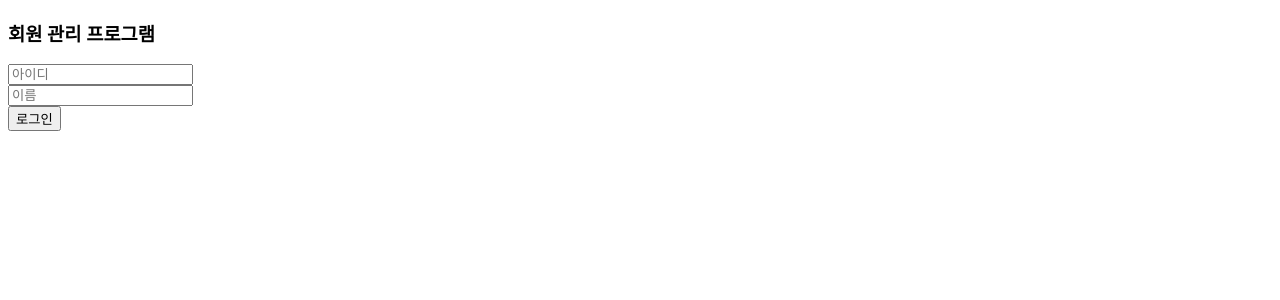
Repository: yangchunsick/JSPstudy
Page: http://localhost/ServerProgram/views/login.jsp
The author's editor kept a copy of each file at every save. The page is drawn from the files as they stood at one save, then again after the next save.
The browser window is 1280 px wide. The pictures show the whole page.
The page is served by Tomcat 9. Other server files are loaded and not shown.

Above is the page before, as saved 2021-11-16 06:33:51.

### worksapce/ServerProgram/WebContent/views/login.jsp
<%@ page language="java" contentType="text/html; charset=UTF-8"
    pageEncoding="UTF-8"%>
<!DOCTYPE html>
<html>
<head>
<meta charset="UTF-8">
<title>Insert title here</title>
</head>
<body>

	<div class="wrap">
		<form action="">
		<h3>회원 관리 프로그램</h3>
		<input type="text" values="" placeholder="아이디">
		<br>
		<input type="text" values="" placeholder="이름">
		<br>
		<button>로그인</button>
		</form>
	</div>

</body>
</html>

After the next save:
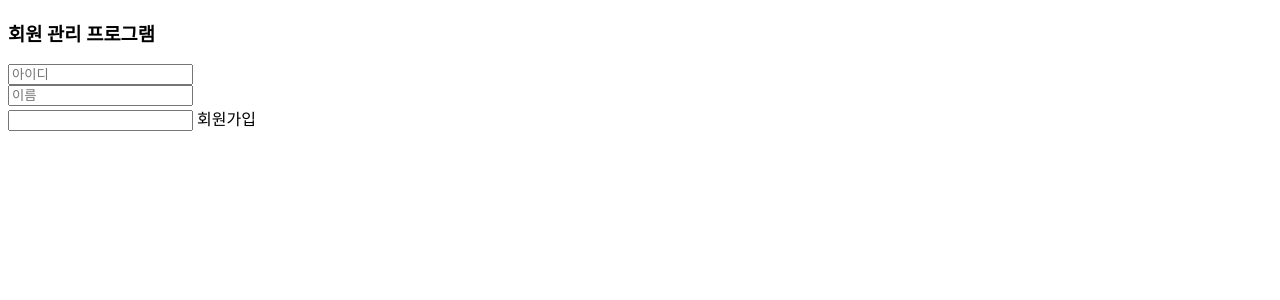
Saved 20 s later.
--- a/worksapce/ServerProgram/WebContent/views/login.jsp
+++ b/worksapce/ServerProgram/WebContent/views/login.jsp
@@ -15,7 +15,8 @@
 		<br>
 		<input type="text" values="" placeholder="이름">
 		<br>
-		<button>로그인</button>
+		<input>
+		<a>회원가입</a>
 		</form>
 	</div>
 
